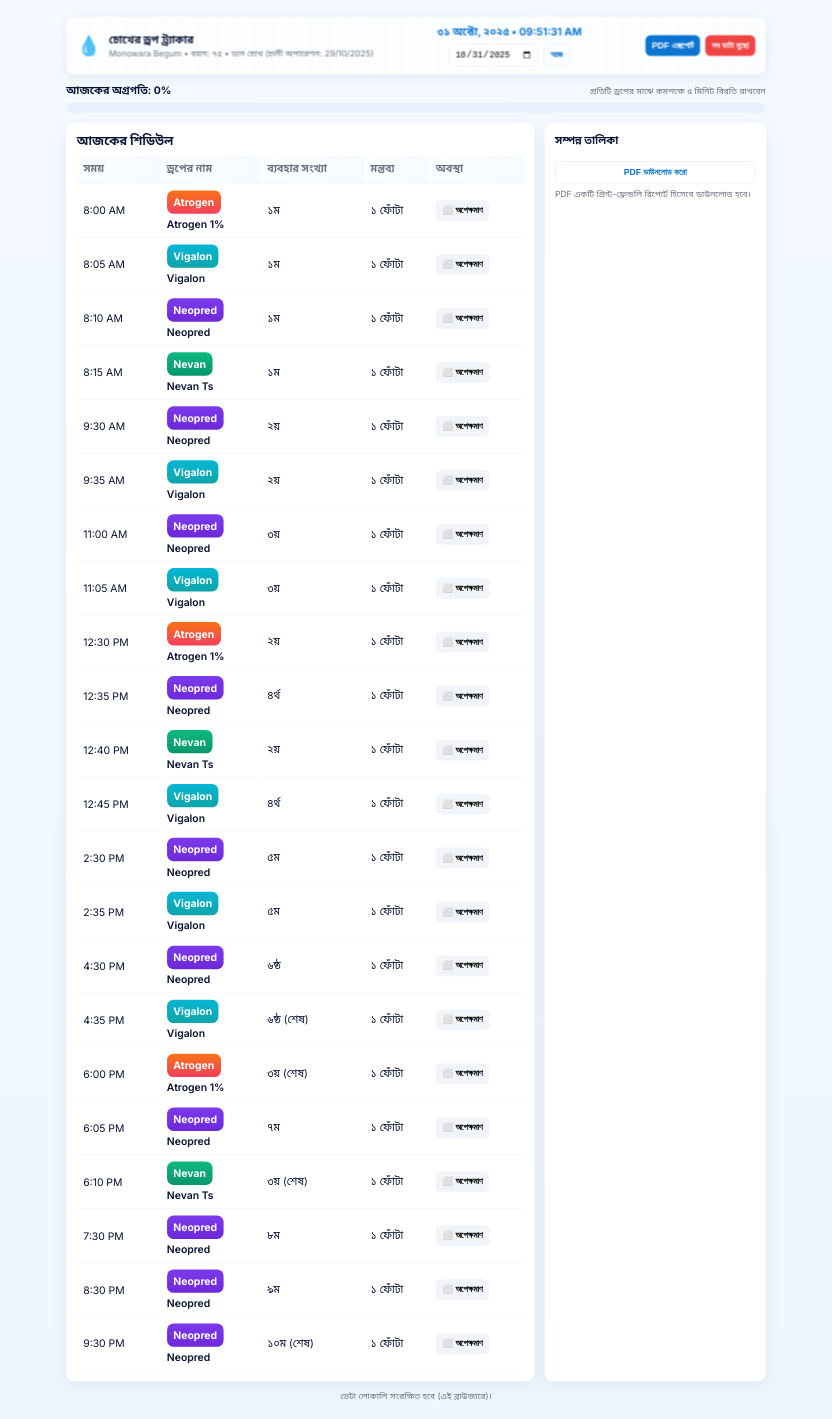
Repository: naimuddin1190/EyeDrop-Tracker
Page: index.html
The author's editor kept a copy of each file at every save. The page is drawn from the files as they stood at one save, then again after the next save.
The browser window is 1280 px wide. The pictures show the whole page, at 65% of full size.

Above is the page before, as saved 2025-10-31 10:04:15.

After the next save:
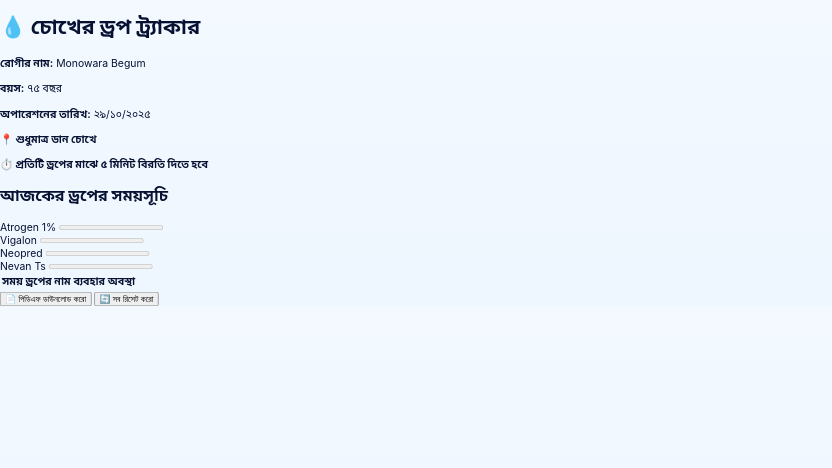
Console error: TypeError: Cannot set properties of null (setting 'value')
Saved 115 s later.
--- a/index.html
+++ b/index.html
@@ -1,93 +1,51 @@
-<!doctype html>
+<!DOCTYPE html>
 <html lang="bn">
 <head>
-  <meta charset="utf-8" />
-  <meta name="viewport" content="width=device-width,initial-scale=1" />
-  <title>চোখের ড্রপ ট্র্যাকার — Monowara Begum</title>
-
-  <!-- Fonts (google) -->
-  <link href="https://fonts.googleapis.com/css2?family=Inter:wght@400;600;700&family=Noto+Sans+Bengali:wght@400;600&display=swap" rel="stylesheet">
-
-  <!-- Styles -->
+  <meta charset="UTF-8">
+  <meta name="viewport" content="width=device-width, initial-scale=1.0">
+  <title>চোখের ড্রপ ট্র্যাকার</title>
   <link rel="stylesheet" href="styles.css">
-
-  <!-- html2pdf (for PDF export) -->
-  <script src="https://unpkg.com/html2pdf.js@0.9.3/dist/html2pdf.bundle.min.js"></script>
 </head>
 <body>
-  <div class="app">
-    <!-- Sticky header: time, date picker, export button -->
-    <header class="topbar">
-      <div class="top-left">
-        <div class="brand">
-          <div class="logo">💧</div>
-          <div>
-            <div class="title">চোখের ড্রপ ট্র্যাকার</div>
-            <div class="subtitle">Monowara Begum • বয়স: ৭৫ • ডান চোখ (চানী অপারেশন: 29/10/2025)</div>
-          </div>
-        </div>
+  <div class="header">
+    <h1>💧 চোখের ড্রপ ট্র্যাকার</h1>
+    <p id="datetime"></p>
+  </div>
+
+  <div class="container">
+    <p><strong>রোগীর নাম:</strong> Monowara Begum</p>
+    <p><strong>বয়স:</strong> ৭৫ বছর</p>
+    <p><strong>অপারেশনের তারিখ:</strong> ২৯/১০/২০২৫</p>
+    <p><strong>📍 শুধুমাত্র ডান চোখে</strong></p>
+    <p><strong>⏱️ প্রতিটি ড্রপের মাঝে ৫ মিনিট বিরতি দিতে হবে</strong></p>
+
+    <h2>আজকের ড্রপের সময়সূচি</h2>
+
+    <div class="progress-section">
+      <div class="drop-progress">
+        <label>Atrogen 1%</label>
+        <progress id="atrogenProgress" value="0" max="3"></progress>
       </div>
+      <div class="drop-progress">
+        <label>Vigalon</label>
+        <progress id="vigalonProgress" value="0" max="6"></progress>
+      </div>
+      <div class="drop-progress">
+        <label>Neopred</label>
+        <progress id="neopredProgress" value="0" max="10"></progress>
+      </div>
+      <div class="drop-progress">
+        <label>Nevan Ts</label>
+        <progress id="nevanProgress" value="0" max="3"></progress>
+      </div>
+    </div>
 
-      <div class="top-center">
-        <div class="live-time" id="liveTime">—:—</div>
-        <div class="date-controls">
-          <input type="date" id="viewDate">
-          <button id="todayBtn" class="btn ghost">আজ</button>
-        </div>
-      </div>
+    <table id="schedule">
+      <tr><th>সময়</th><th>ড্রপের নাম</th><th>ব্যবহার</th><th>অবস্থা</th></tr>
+    </table>
 
-      <div class="top-right">
-        <button id="exportPdf" class="btn">PDF এক্সপোর্ট</button>
-        <button id="clearAll" class="btn danger">সব ডাটা মুছো</button>
-      </div>
-    </header>
-
-    <!-- Progress -->
-    <section class="progress-wrap">
-      <div class="progress-info">
-        <div id="progressText">আজকের অগ্রগতি: 0%</div>
-        <div class="small-note">প্রতিটি ড্রপের মাঝে কমপক্ষে ৫ মিনিট বিরতি রাখবেন</div>
-      </div>
-      <div class="progress-bar-bg">
-        <div id="progressBar" class="progress-bar-fill"></div>
-      </div>
-    </section>
-
-    <!-- Main content: table + sidebar -->
-    <main class="content">
-      <section class="card schedule-card">
-        <h3>আজকের শিডিউল</h3>
-        <div class="table-wrap">
-          <table id="scheduleTable" class="schedule-table">
-            <thead>
-              <tr>
-                <th>সময়</th>
-                <th>ড্রপের নাম</th>
-                <th>ব্যবহার সংখ্যা</th>
-                <th>মন্তব্য</th>
-                <th>অবস্থা</th>
-              </tr>
-            </thead>
-            <tbody id="scheduleBody"></tbody>
-          </table>
-        </div>
-      </section>
-
-      <aside class="card side-card">
-        <h4>সম্পন্ন তালিকা</h4>
-        <ul id="completedList" class="completed-list"></ul>
-
-        <div class="side-actions">
-          <button id="exportPdfManual" class="btn ghost">PDF ডাউনলোড করো</button>
-          <div class="small-note">PDF একটি প্রিন্ট-ফ্রেন্ডলি রিপোর্ট হিসেবে ডাউনলোড হবে।</div>
-        </div>
-      </aside>
-    </main>
-
-    <!-- Hidden printable area for PDF (populated by JS) -->
-    <div id="pdfContainer" class="pdf-container" style="display:none;"></div>
-
-    <footer class="footer">ডেটা লোকালি সংরক্ষিত হবে (এই ব্রাউজারে)।</footer>
+    <button id="downloadPdf">📄 পিডিএফ ডাউনলোড করো</button>
+    <button id="reset">🔄 সব রিসেট করো</button>
   </div>
 
   <script src="app.js"></script>
